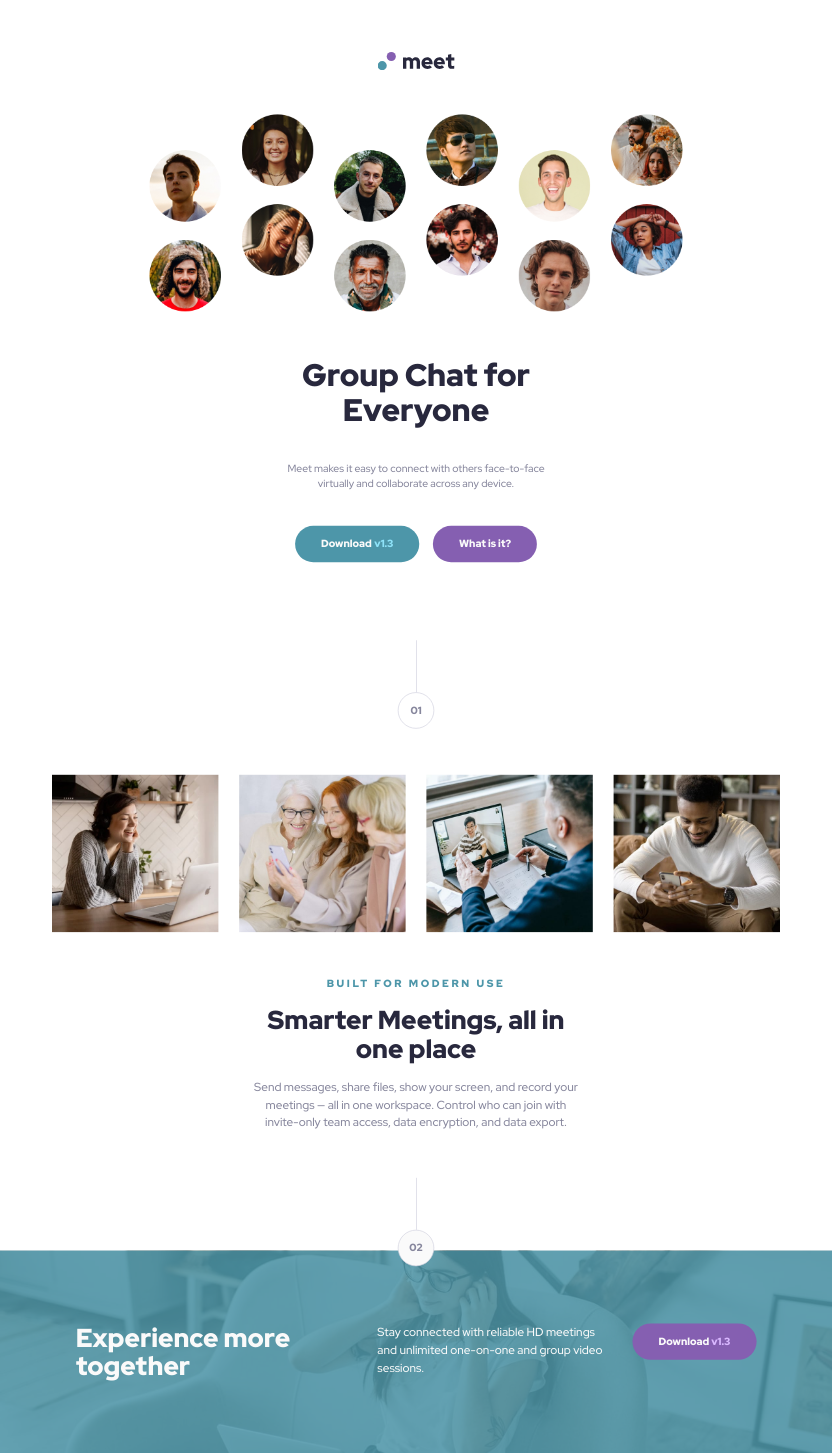
Repository: brandontaylor1/meet-landing-page
Page: index.html
An editor plug-in stored every save of this project. The page is shown before and after the next save, followed by the edit.
The browser window is 1280 px wide. The pictures show the whole page, at 65% of full size.

Above is the page before, as saved 2025-01-12 00:08:16.

### index.html
<!DOCTYPE html>
<html lang="en">
<head>
    <meta charset="UTF-8">
    <meta name="viewport" content="width=device-width, initial-scale=1.0">
    <link rel="preconnect" href="https://fonts.googleapis.com">
    <link rel="preconnect" href="https://fonts.gstatic.com" crossorigin>
    <link href="https://fonts.googleapis.com/css2?family=Red+Hat+Display:ital,wght@0,300..900;1,300..900&display=swap" rel="stylesheet">
    <link rel="stylesheet" href="styles.css">
    <title>Meet Landing Page</title>
</head>
<body>
    <nav class="navbar">
        <div class="logo-container">
            <img src="./assets/images/logo.svg" alt="meet logo">
        </div>
    </nav>
    <section class="hero-section">
        <img src="" class="responsive-image" alt="responsive-image">
        <img src="./assets/images/image-hero-left.png" class="hero-images"  id="left-faces" alt="Left Faces">
        <div class="hero-content">
            <h1>Group Chat for Everyone</h1>
            <p>Meet makes it easy to connect with others face-to-face virtually and collaborate across any device.</p>
            <div class="btn-container">
                <button class="hero-btn" id="downloadBtn">Download<span>v1.3</span></button>
                <button class="hero-btn" id="whatisitBtn">What is it?</button>
            </div>
        </div>
        <img src="./assets/images/image-hero-right.png" class="hero-images" id="right-faces" alt="Right Faces">
    </section>

    <section class="main-content">
        <div class="content">
            <div class="design-container">
                <div class="gray-line"></div>
                <div class="gray-circle">01</div>
            </div>
            <div class="image-container">
                <img src="./assets/images/image-woman-in-videocall.jpg" alt="woman on video call">
                <img src="./assets/images/image-women-videochatting.jpg" alt="women vidoechatting">
                <img src="./assets/images/image-men-in-meeting.jpg" alt="men in a meeting">
                <img src="./assets/images/image-man-texting.jpg" alt="man texting">
            </div>
            <div class="text-container">
                <h3>Built for Modern Use</h3>
                <h2>Smarter Meetings, all in one place</h2>
                <p>Send messages, share files, show your screen, and record your meetings — all in one workspace. Control who can join with invite-only team access, data encryption, and data export.</p>
            </div>
        </div>
    </section>
    <div class="design-container">
        <div class="gray-line"></div>
        <div class="gray-circle white">02</div>
    </div>
    <section class="footer">
        <div class="footer-grid">
            <h2>Experience more together</h2>
            <p>Stay connected with reliable HD meetings and unlimited one-on-one and group video sessions.</p>
            <button class="hero-btn" id="whatisitBtn">Download <span class="footer-span">v1.3</span></button>
        </div>
    </section>

</body>
</html>

### styles.css
* {
    margin: 0;
    padding: 0;
    box-sizing: border-box
}

:root {
    --color-white: #FAFAFA;
    --color-slate: #87879D;
    --color-lightslate: #D1D1DF;
    --color-darkslate: #28283D;
    --color-cyan: #4D96A9;
    --color-purple: #855FB1;
    --color-lightcyan: #8FE3F9;
    --color-lightpurple: #D9B8FF;

    font-size: 16px;

}

.white {
    background-color: var(--color-white);
}

.navbar {
    display: flex;
    padding: 5rem 5rem 0 5rem;
    flex-direction: column;
    justify-content: flex-end;
    align-items: center;
    gap: var(--spacing-100, .5rem);
    align-self: stretch;

}

.hero-section {
    display: flex;
    justify-content: space-between;
    align-items: center;
    padding: 4rem 5rem;
    height: auto;
    width: 100%;
}

.left-faces {
    padding-right: 95px;
    padding-bottom: 57px;
}

.right-faces {
    padding-left: 95px;
    padding-top: 57px;
}

.responsive-image {
    display: none;
}

.hero-content {
    display: flex;
    flex-direction: column;
    align-items: center;
    justify-content: space-between;
    width: 448px;
    height: 314px;

}

.hero-content h1 {
    font-family: "Red Hat Display", sans-serif;
    font-size: 4rem;
    font-weight: 900;
    line-height: 110%;
    color: var(--color-darkslate);
    text-align: center;
}

.hero-content p {
    font-family: "Red Hat Display", sans-serif;
    font-size: 18px;
    font-weight: 500;
    line-height: 150%;
    color: var(--color-slate);
    text-align: center;

}

.hero-btn {
    padding: 16px 40px;
    border-radius: 29px;
    border: none;

}

#downloadBtn {
    background-color: var(--color-cyan);
    color: var(--color-white);
    font-size: 16px;
    font-family: "Red Hat Display", sans-serif;
    font-weight: 900;
    line-height: 150%;
    margin-right: 8.5px;
}

#downloadBtn span {
    margin-left: 4px;
    color: var(--color-lightcyan);

}

#whatisitBtn {
    background-color: var(--color-purple);
    color: var(--color-white);
    font-size: 16px;
    font-family: "Red Hat Display", sans-serif;
    font-weight: 900;
    line-height: 150%;
    margin-left: 8.5px;
}

.main-content {
    display: flex;
    flex-direction: column;
    align-items: center;
    justify-content: center;
    height: 883px;
    padding: 56px 80px 72px 80px;
}

.content {
    display: flex;
    flex-direction: column;
    align-items: center;
    justify-content: space-between;
    height: 755px;
}

.design-container {
    display: flex;
    justify-content: center;
    align-items: center;
    flex-direction: column;

}

.gray-line {
    width: 1px;
    height: 80px;
    background-color:  var(--color-lightslate);
    z-index: 5;
}

.gray-circle {
    width: 56px;
    height: 56px;
    display: flex;
    align-items: center;
    justify-content: center;
    border-radius: 50%;
    border: 1px solid var(--color-lightslate);
    color: var(--color-slate);
    font-size: 16px;
    font-family: "Red Hat Display", sans-serif;
    font-weight: 900;
    line-height: 150%;
    z-index: 5;
}

.image-container {
    display: grid;
    grid-template-columns: repeat(4, 1fr);
    gap: 32px;
}

.image-container img {
    width: 256px;
    height: auto;
}

.text-container {
    width: 500px;
    height: 235px;
    display: flex;
    flex-direction: column;
    align-items: center;
    justify-content: space-between;
}

.text-container h3 {
    font-family: "Red Hat Display", sans-serif;
    font-size: 16px;
    font-weight: 900;
    line-height: 110%;
    text-transform: uppercase;
    letter-spacing: 4px;
    color: var(--color-cyan);
}

.text-container h2 {
    font-family: "Red Hat Display", sans-serif;
    font-size: 40px;
    font-style: normal;
    font-weight: 900;
    line-height: 110%;
    text-align: center;
    color: var(--color-darkslate);
}

.text-container p {
    font-family: "Red Hat Display", sans-serif;
    font-size: 18px;
    font-style: normal;
    font-weight: 500;
    line-height: 150%;
    text-align: center;
    color: var(--color-slate)
}


.footer {
    padding: 7rem 5rem;
    display: flex;
    align-items: center;
    justify-content: center;
    background-image: url("./assets/images/image-footer.jpg");
    background-size: cover;
    background-position: center;
    background-repeat: no-repeat;
    margin-top: -1.5rem;
    position: relative;
    z-index: 0;
}

.footer-grid {
    display: flex;
    align-items: flex-start;
    justify-content: center;
    grid-template-columns: repeat(3, 1fr);
    width: 70rem;
    gap: 32px;
    z-index: 2;

}

.footer-grid h2 {
    font-family: "Red Hat Display", sans-serif;
    font-size: 2.5rem;
    font-weight: 900;
    line-height: 110%;
    color: var(--color-white);
    width: 27rem;
}

.footer-grid p {
    font-family: "Red Hat Display", sans-serif;
    font-size: 1.125rem;
    font-weight: 500;
    line-height: 150%;
    color: var(--color-white);
    width: 22rem;
}

.footer::before {
    content: "";
    position: absolute;
    top: 0;
    left: 0;
    width: 100%;
    height: 100%;
    background-color: hsla(192, 37%, 48%, 0.85); /* Adjust the color and opacity as needed */
    z-index: 1;
}

.footer-span {
    color: var(--color-lightpurple)
}


@media screen and (max-width: 1375px) {
    .hero-section {
        padding: 4rem 2rem;
        flex-direction: column;
        justify-content: space-between;
        align-items: center;
    }

    .hero-content {
        margin-top: 72px;
    }

    .hero-content h1 {
        font-size: 3rem;
    }

    .hero-content p {
        font-size: 16px;
    }

    .hero-images {
        display: none;
    }

    .responsive-image {
        display: inline-block;
        content: url("./assets/images/tablet/image-hero.png");

    }


}

@media screen and (max-width: 768px) {

}

After the next save:
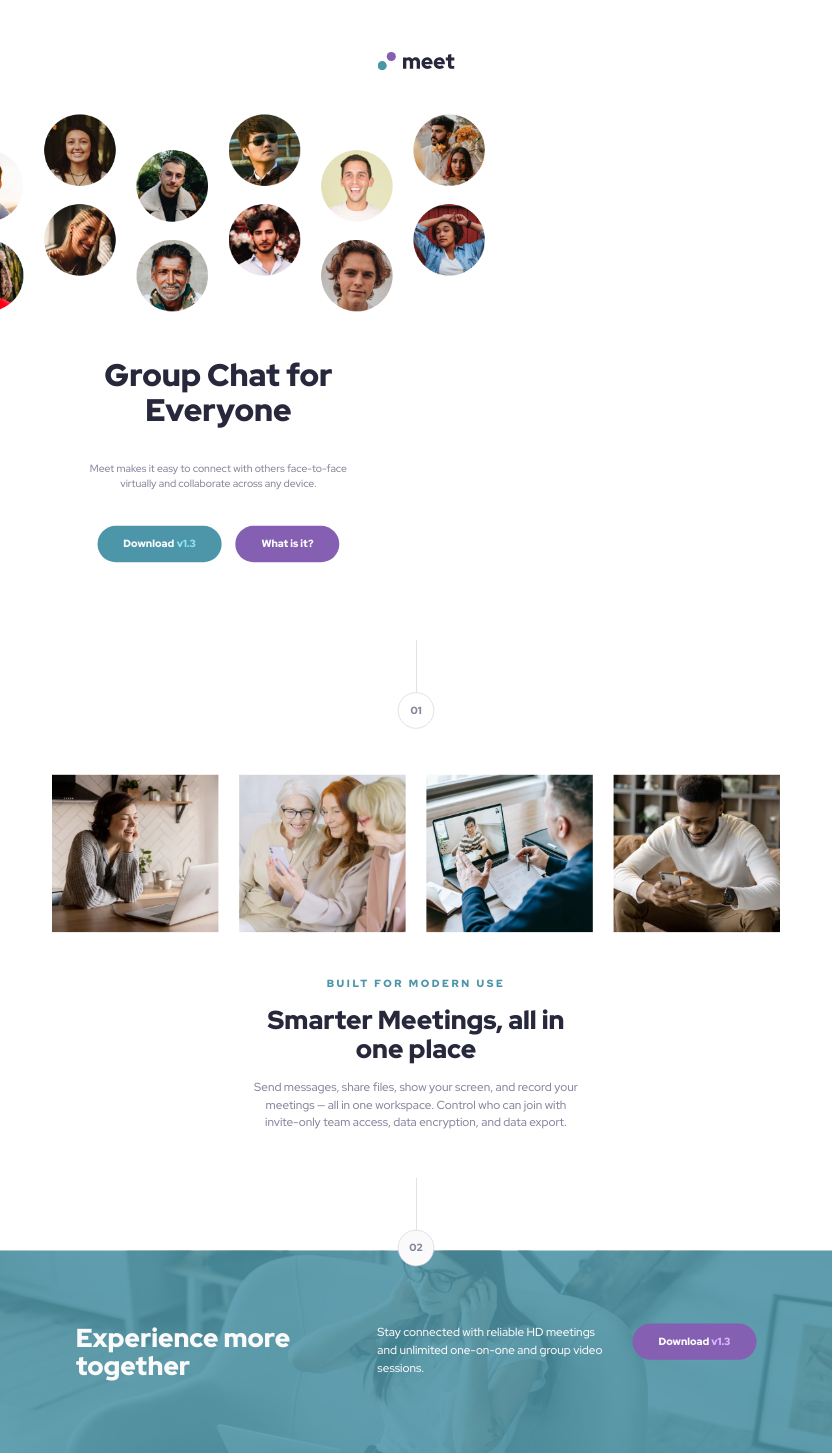
Saved 2 min 53 s later.
--- a/styles.css
+++ b/styles.css
@@ -40,6 +40,7 @@
     padding: 4rem 5rem;
     height: auto;
     width: 100%;
+    max-width: 42rem;
 }
 
 .left-faces {

After the 2 saves that followed:
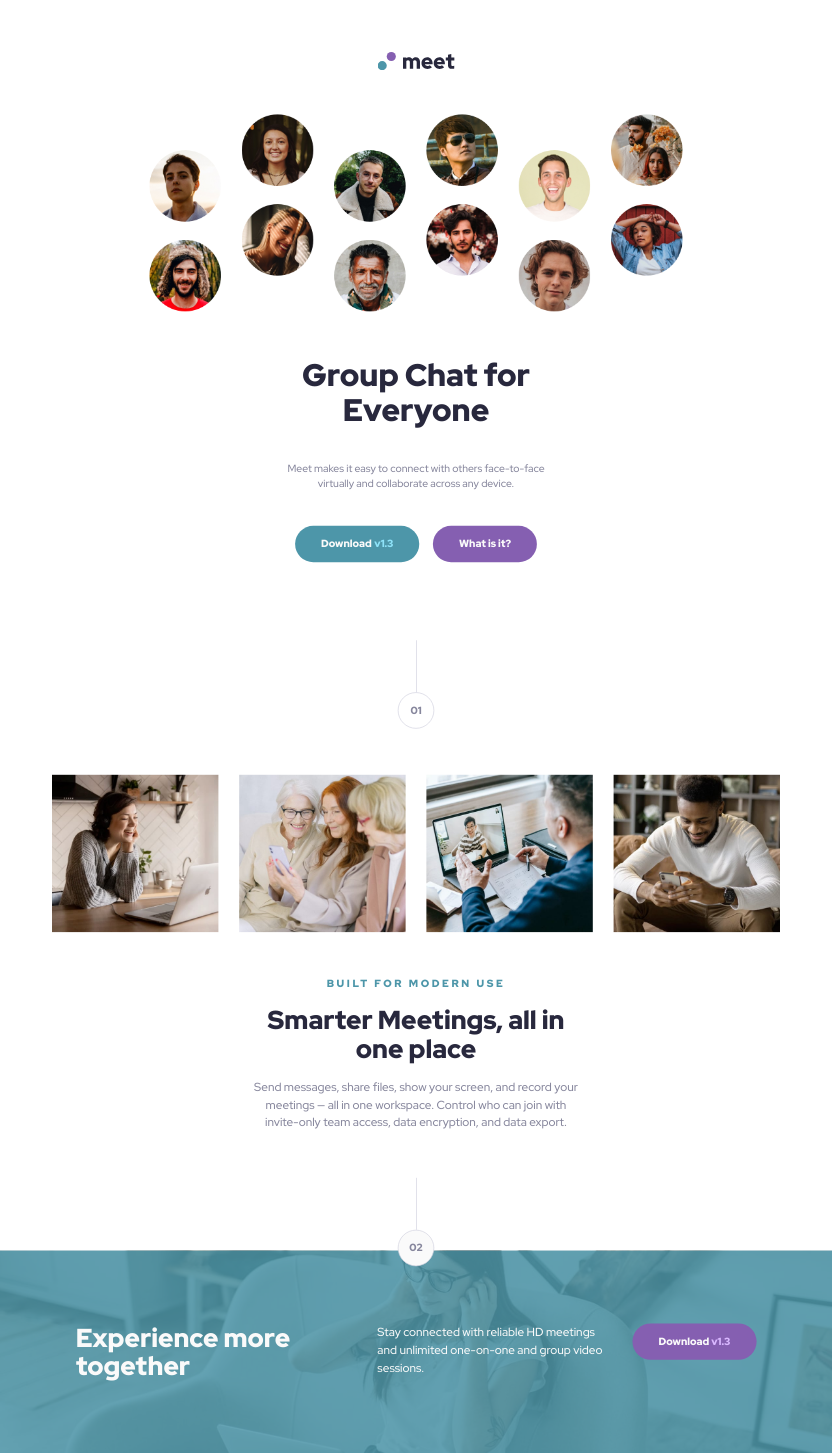
The 2 saves are shown as one change because 1 left the picture as it was.
The last was saved 20 s later.
--- a/styles.css
+++ b/styles.css
@@ -40,7 +40,6 @@
     padding: 4rem 5rem;
     height: auto;
     width: 100%;
-    max-width: 42rem;
 }
 
 .left-faces {
